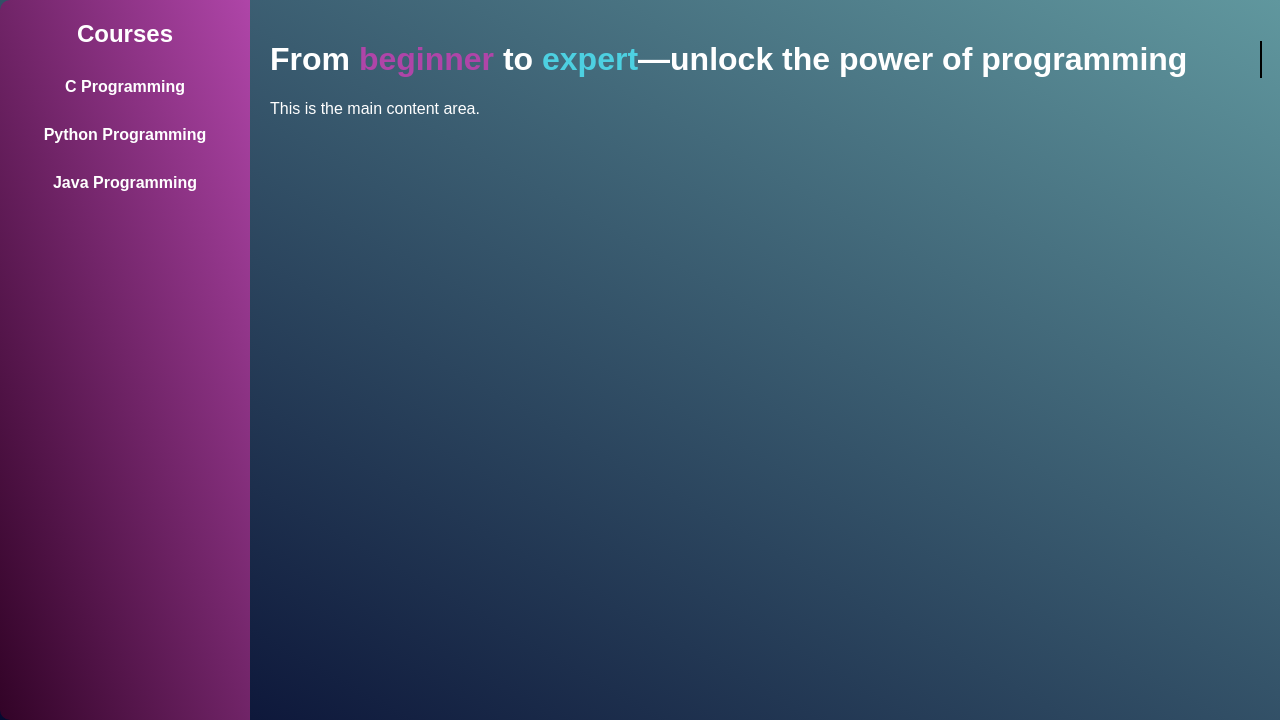
Repository: RishitSharma88/SeaGro
Page: templates/learningcourses.html
An editor plug-in stored every save of this project. The page is shown before and after the next save, followed by the edit.
The browser window is 1280 px wide. The pictures show the whole page.
The template is drawn by Flask 3. The application's start-up code is not run. The template is opened directly, without the code that normally fills it, so the values that code supplies are empty.

Above is the page before, as saved 2024-12-28 13:50:00.

After the next save:
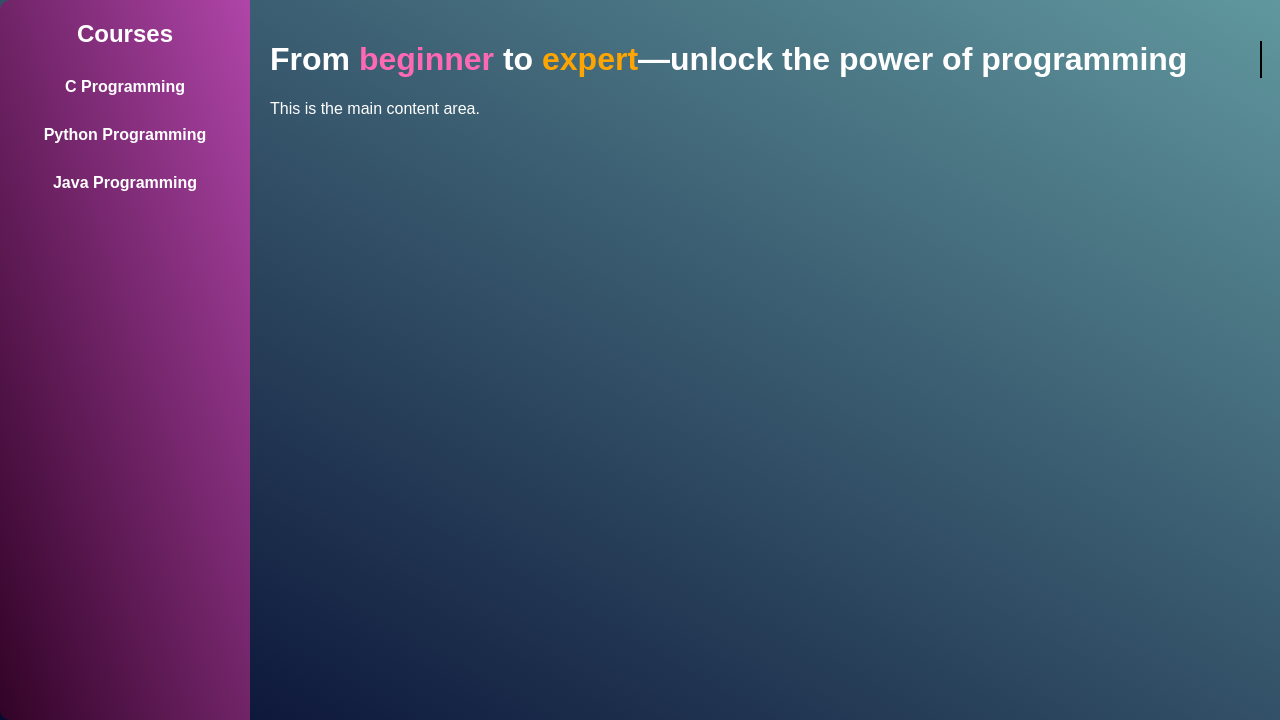
Saved 34 s later.
--- a/templates/learningcourses.html
+++ b/templates/learningcourses.html
@@ -87,10 +87,10 @@
             }
         }
         .highlight1{
-            color:#af45a8
+            color:#ff69b4
         }
         .highlight2{
-            color:#4dd0e1
+            color:#ffa500
         }
 
         /*.sidebar.collapsed {
